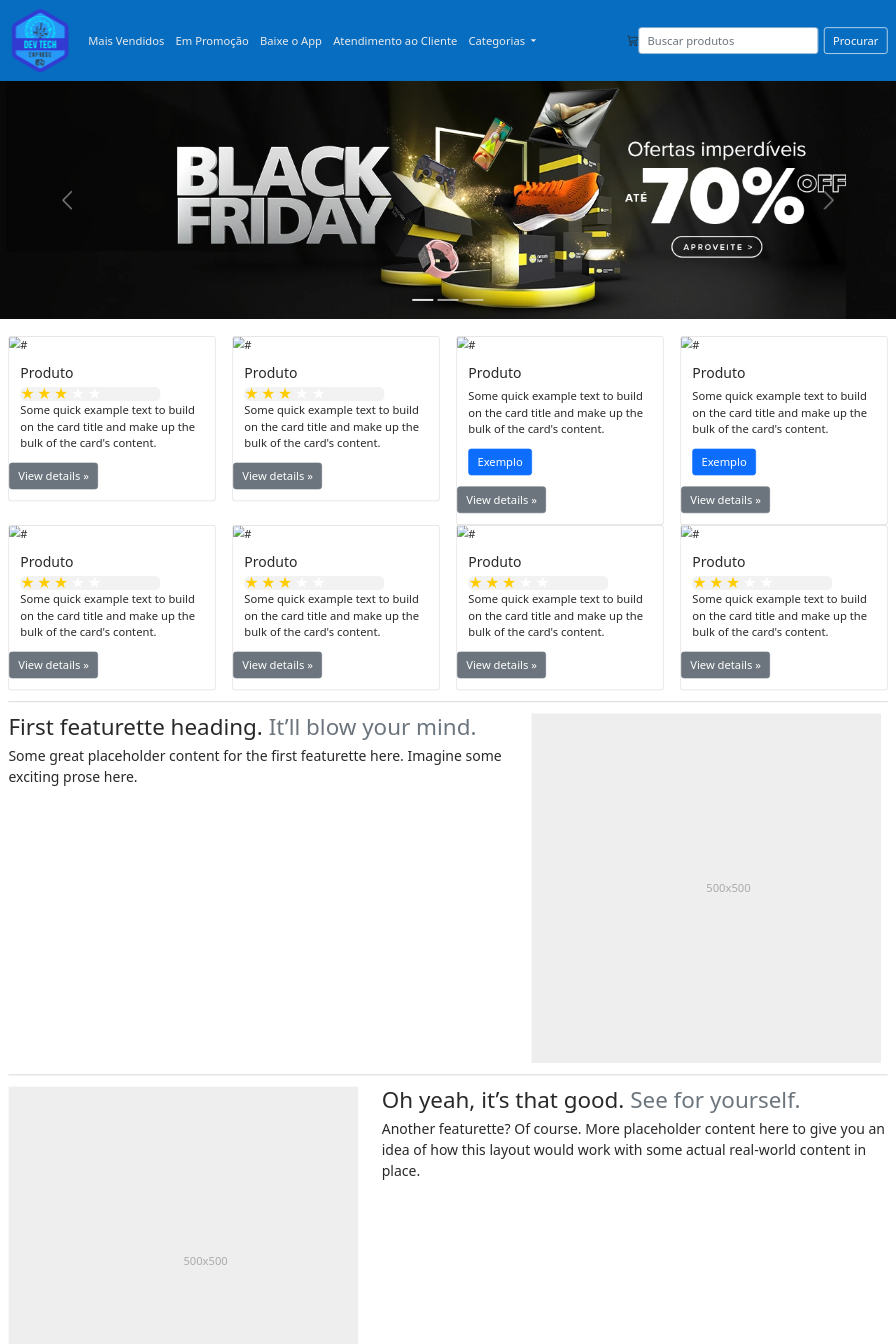
Repository: dantas-barreto/trabalho-interdisciplinar-IDW-IAP
Page: index.html
An editor plug-in stored every save of this project. The page is shown before and after the next save, followed by the edit.
The browser window is 1280 px wide. The pictures show the part of the page from y = 0 to 1920 px (the page is 2658 px tall before and 3274 px after), at 70% of full size.
Some web libraries are served in a nearby version.

Above is the page before, as saved 2021-11-26 23:39:05.

After the next save:
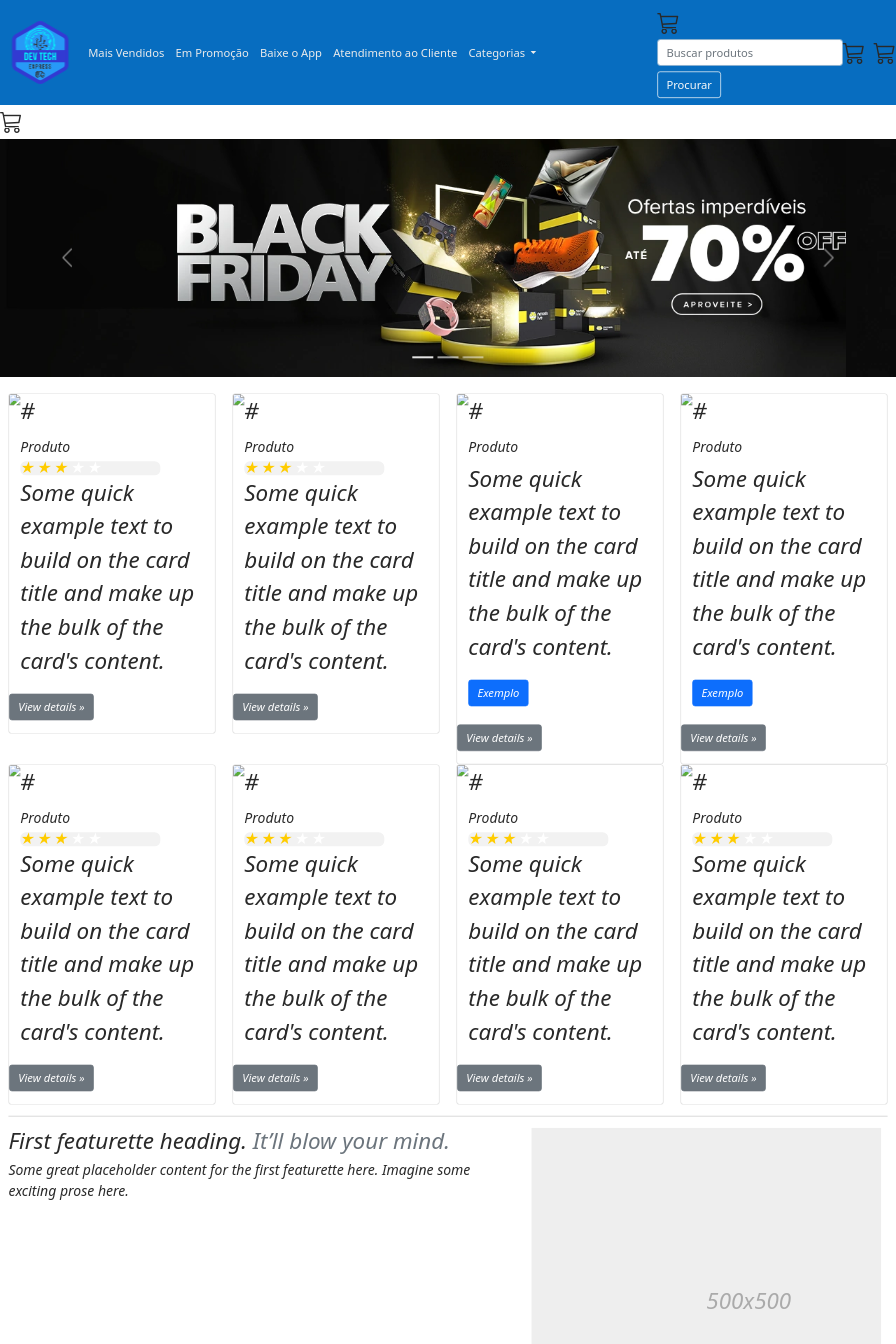
Saved 57 s later.
--- a/index.html
+++ b/index.html
@@ -82,7 +82,7 @@
               </ul>
             </li>
           </ul>
-          <i class="bi bi-cart3"></i>
+          <i class="bi bi-cart3" style="font-size: 2rem;></i>
           <form class="d-flex" id="procurar">
             <input
               class="form-control me-2"

After the save that followed:
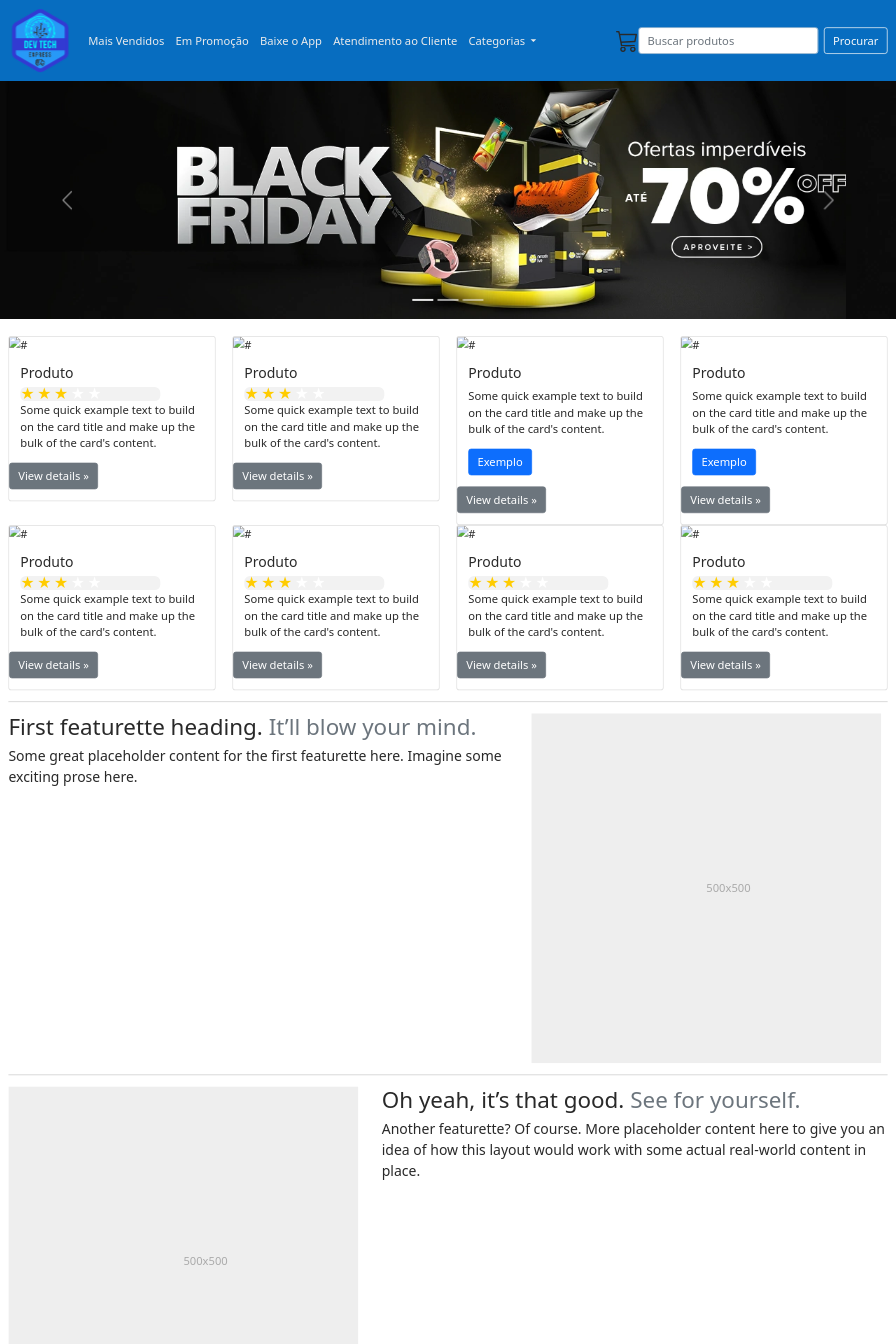
Saved 8 s later.
--- a/index.html
+++ b/index.html
@@ -82,7 +82,7 @@
               </ul>
             </li>
           </ul>
-          <i class="bi bi-cart3" style="font-size: 2rem;></i>
+          <i class="bi bi-cart3" style="font-size: 2rem"></i>
           <form class="d-flex" id="procurar">
             <input
               class="form-control me-2"
